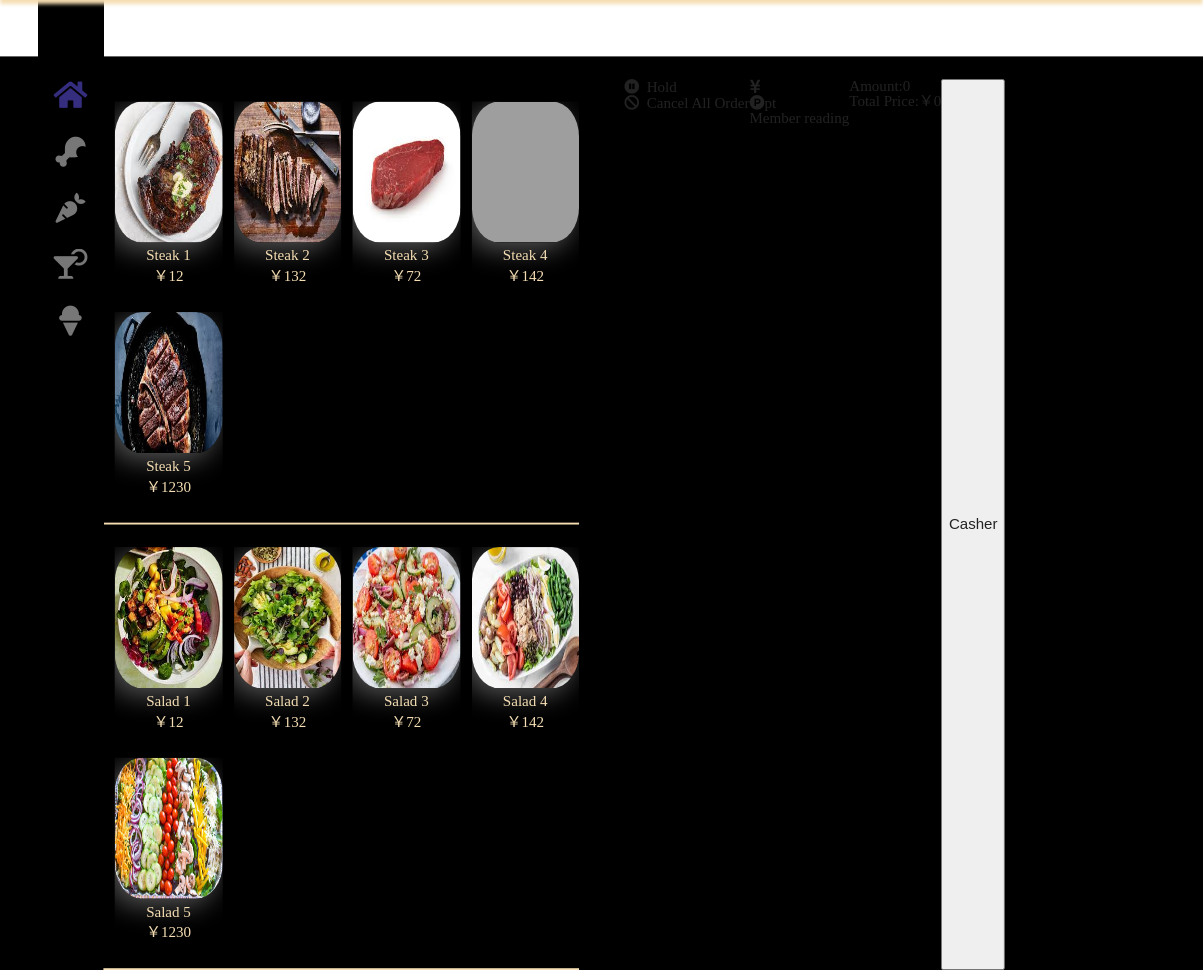
Repository: vuhungson158/Menu
Page: /
An editor plug-in stored every save of this project. The page is shown before and after the next save, followed by the edit.
The browser window is 1280 px wide. The pictures show the whole page, at 94% of full size.
Pictures or frames that could not be fetched are drawn as grey boxes. The project was rebuilt for these pictures with package versions that can differ from the ones it lists, and the page was loaded fresh each time. Also part of the build but not shown: src/component/mainMenu/orderBlock/orderContent/OrderedItem.jsx, src/redux-store/actions/HoldActions.jsx, src/component/mainMenu/orderBlock/utilities/HoldItem.jsx.

Above is the page before, as saved 2021-08-22 09:52:55.

### public/index.html
<!DOCTYPE html>
<html lang="en">
  <head>
    <meta charset="utf-8" />
    <link rel="icon" href="%PUBLIC_URL%/favicon.ico" />
    <meta name="viewport" content="width=device-width, initial-scale=1" />
    <meta name="theme-color" content="#000000" />
    <meta
      name="description"
      content="Web site created using create-react-app"
    />
    <link rel="apple-touch-icon" href="%PUBLIC_URL%/logo192.png" />
    <!--
      manifest.json provides metadata used when your web app is installed on a
      user's mobile device or desktop. See https://developers.google.com/web/fundamentals/web-app-manifest/
    -->
    <link rel="manifest" href="%PUBLIC_URL%/manifest.json" />
    <link rel="stylesheet" href="fontawesome-5.15.3-web/css/all.min.css">

    <!--
      Notice the use of %PUBLIC_URL% in the tags above.
      It will be replaced with the URL of the `public` folder during the build.
      Only files inside the `public` folder can be referenced from the HTML.

      Unlike "/favicon.ico" or "favicon.ico", "%PUBLIC_URL%/favicon.ico" will
      work correctly both with client-side routing and a non-root public URL.
      Learn how to configure a non-root public URL by running `npm run build`.
    -->
    <title>Restaurant Menu</title>
  </head>
  <body>
    <noscript>You need to enable JavaScript to run this app.</noscript>
    <div id="root"></div>
    <!--
      This HTML file is a template.
      If you open it directly in the browser, you will see an empty page.

      You can add webfonts, meta tags, or analytics to this file.
      The build step will place the bundled scripts into the <body> tag.

      To begin the development, run `npm start` or `yarn start`.
      To create a production bundle, use `npm run build` or `yarn build`.
    -->
  </body>
</html>

### src/redux-store/index.jsx
import { createStore, applyMiddleware } from "redux";
import { composeWithDevTools } from "redux-devtools-extension";
import thunk from "redux-thunk";
import rootReducer from "./reducers";

const initialState = {};

const middleware = [thunk];

const store = createStore(
    rootReducer,
    initialState,
    composeWithDevTools(applyMiddleware(...middleware))
);

export default store;

### src/component/mainMenu/index.jsx
import React from 'react';
import CenterMenu from './centerMenu';
import OrderBlock from './orderBlock';

const MainMenu = () => {
    return (
        <div id="main-menu">
            <div className="container">
                <div className="grid">
                    <CenterMenu />
                    <OrderBlock />
                </div>
            </div>
        </div >
    )
}

export default MainMenu

### src/component/navbar/index.jsx
import React, { useState } from 'react';
import Clock from './Clock';

const Navbar = () => {

    const nav_height = "-60px"
    const [active, setActive] = useState(false);

    var prevScrollpos = window.pageYOffset;
    window.onscroll = function () {
        var currentScrollPos = window.pageYOffset;
        if (prevScrollpos > currentScrollPos) {
            document.getElementById("navbar").style.top = "0";
        } else {
            document.getElementById("navbar").style.top = nav_height;
        }
        prevScrollpos = currentScrollPos;
    }

    return (
        <nav id="navbar">
            <div className="container">
                <h1>Menu</h1>
                <Clock />
                <div className={`setting-icon ${active ? `active` : ""}`}
                    onClick={() => setActive(!active)} >
                    <span></span>
                    <span></span>
                    <span></span>
                    {
                        active ?
                            <ul className="setting-menu">
                                <li>Language</li>
                                <li>Dark Mode</li>
                                <li>Size</li>
                                <li>...something</li>
                            </ul>
                            : ""
                    }
                </div>

            </div>
        </nav>
    )
}

export default Navbar

### src/styles/App.scss
@import "./_variables";
@import "./mixin";

* {
    box-sizing: border-box;
    font-family: "Fira sans", sans-serif;
}
body {
    font-size: 10px;
}

@media (max-width: $breakpoint_mobile) {
    :root {
        --container_width: 100%;
    }
}
@media (min-width: $breakpoint_mobile) {
    :root {
        --container_width: 720px;
    }
}
@media (min-width: $breakpoint_ipad) {
    :root {
        --container_width: 960px;
    }
}
@media (min-width: $breakpoint_sm_pc) {
    :root {
        --container_width: 1200px;
    }
}
@media (min-width: $breakpoint_pc) {
    :root {
        --container_width: 1800px;
    }
}

.container {
    margin: 0 auto;
    max-width: var(--container_width);
}

#navbar {
    position: fixed;
    height: $navbar_height;
    top: 0;
    left: 0;
    right: 0;
    z-index: $navbar_z-index;
    background-color: $background-color_1st;
    color: $color_1st;
    box-shadow: 0 4px 4px 0 $color_1st;
    transition: 0.5s;

    .container {
        position: relative;
        display: flex;
        align-items: center;
        justify-content: space-between;

        h1 {
            color: $color_1st;
            font-size: 3.6rem;
            font-weight: 900;
            letter-spacing: 2px;
            text-transform: uppercase;
        }

        #clock {
            font-size: 2.4rem;
            font-weight: 600;
        }

        .setting-icon {
            display: block;
            position: relative;
            z-index: 1;
            user-select: none;
            appearance: none;
            border: none;
            outline: none;
            background: none;
            cursor: pointer;

            span {
                display: block;
                position: relative;
                width: 36px;
                height: 4px;
                margin-bottom: 6px;
                background-color: $background-color_2nd;
                border-radius: 10%;
                z-index: 1;
                transform-origin: 0 0;
                transition: 0.5s;
            }

            &:hover span:nth-child(2) {
                background-color: $color_3rd;
            }

            &.active {
                span:nth-child(1) {
                    transform: translate(0px, -2px) rotate(45deg);
                }
                span:nth-child(2) {
                    opacity: 0;
                    transform: translateX(36px);
                }
                span:nth-child(3) {
                    transform: translate(-3px, 3px) rotate(-45deg);
                }
            }
            .setting-menu {
                position: absolute;
                right: 0;
                border: 2px solid $color_2nd;
                border-radius: 5%;
                overflow: hidden;
                padding: 12px;
                background-color: $background-color_1st;
                cursor: auto;
                animation: dropDown 0.2s;

                li {
                    min-width: 120px;
                    cursor: pointer;
                    text-align: center;
                    padding: 12px 8px;
                    font-size: 1.6rem;
                    transition: 0.2s;
                    &:hover {
                        transform: scale(1.2);
                        color: $color_3rd;
                    }
                }
            }
        }
    }
}

#main-menu {
    background-color: $background-color_1st;
    margin-top: $navbar_height;
    min-height: 100vh;
    .container {
        padding-top: 24px;
        .grid {
            --margin_left: 48px;
            display: flex;
            margin-left: calc(-1 * var(--margin_left));
            #center-menu,
            #order-block {
                margin-left: var(--margin_left);
                width: calc(50% - var(--margin_left));
            }
            #center-menu {
                --side-nav_width: 70px;
                #side-nav {
                    position: fixed;
                    top: 0;
                    bottom: 0;
                    width: var(--side-nav_width);
                    background: $background-color_1st;
                    overflow: hidden;
                    transition: width 0.2s;
                    z-index: 1;
                    &:hover {
                        width: 300px;
                    }
                    ul {
                        position: absolute;
                        top: 0;
                        left: 0;
                        width: 100%;
                        padding-left: 5px;
                        top: 10%;
                        li {
                            opacity: 0.5;
                            a {
                                position: relative;
                                display: block;
                                width: 100%;
                                display: flex;
                                text-decoration: none;
                                color: $color_2nd;
                                font-size: 2rem;
                                .icon {
                                    position: relative;
                                    display: block;
                                    min-width: 60px;
                                    height: 60px;
                                    line-height: 60px;
                                    text-align: center;
                                    i {
                                        position: relative;
                                        font-size: 2rem;
                                        z-index: 1;
                                    }
                                }
                                .title {
                                    position: relative;
                                    display: block;
                                    padding-left: 10px;
                                    height: 60px;
                                    line-height: 60px;
                                    white-space: nowrap;
                                }
                            }
                            &.active,
                            &:hover {
                                .icon,
                                .title {
                                    transition: 0.2s;
                                    color: $color_3rd;
                                }
                            }
                        }
                    }
                }
                #menu {
                    margin-left: calc(var(--side-nav_width) + 12px);
                    .page {
                        --spacing: 12px;
                        --columns: 4;
                        display: flex;
                        flex-wrap: wrap;
                        margin-left: calc(-1 * var(--spacing));
                        margin-top: calc(2 * var(--spacing));
                        border-bottom: 2px solid $background-color_2nd;
                        .food-item {
                            overflow: hidden;
                            margin-left: var(--spacing);
                            width: calc(100% / var(--columns) - var(--spacing));
                            display: flex;
                            flex-direction: column;
                            height: 200px;
                            cursor: pointer;
                            margin-bottom: calc(2 * var(--spacing));
                            transition: 0.2s;
                            &:hover .food-img {
                                box-shadow: 7px -7px 28px 0 $background-color_3rd;
                            }
                            .food-img {
                                height: 150px;
                                border-radius: 25%;
                                box-shadow: -7px 7px 28px 0 $box-shadow-color;
                            }
                            .food-name,
                            .food-price {
                                color: $color_1st;
                                text-align: center;
                                margin-top: calc(0.5 * var(--spacing));
                            }
                        }
                    }
                }
            }
            #order-block {
                display: flex;

            }
        }
    }
}

### src/redux-store/reducers/index.jsx
import { combineReducers } from "redux";
import HoldReducer from "./HoldReducer";
import MenuReducer from "./MenuReducer";
import OrderReducer from "./OrderReducer";

const rootReducer = combineReducers({
    menu: MenuReducer,
    order: OrderReducer,
    hold:HoldReducer
});

export default rootReducer;

### src/component/mainMenu/centerMenu/index.jsx
import React from 'react';
import MenuPage from './MenuPage';
import PropTypes from 'prop-types';
import { connect } from 'react-redux';
import SideBar from './sidebar';

const CenterMenu = ({ foods }) => {
    return (
        <div id="center-menu">
            <SideBar />
            <div id="menu">
                {
                    Object.entries(foods).map(page => (
                        <MenuPage key={page[0]} page={page[1]} />
                    ))
                }
            </div>
        </div >
    )
};

CenterMenu.prototype = {
    foods: PropTypes.array.isRequired,
};

const mapStateToProps = state => ({
    foods: state.menu.foods
});

export default connect(mapStateToProps)(CenterMenu)

### src/component/mainMenu/orderBlock/index.jsx
import React from 'react'
import MemberInfo from './MemberInfo'
import OrderedContent from './orderContent'
import Utilities from './utilities'


const OrderBlock = () => {

    return (
        <div id="order-block" className="d-flex flex-column">
            <Utilities />
            <MemberInfo />
            <OrderedContent />
            <button id="casher-btn" className="btn btn-primary">Casher</button>
        </div>
    )
}

export default OrderBlock

### src/component/navbar/Clock.jsx
import React, { useEffect, useState } from 'react'
import { showTime } from '../../pure-JS/MyTime';

const Clock = () => {

    const [clock, setClock] = useState("")

    useEffect(() => {
        const intervalClock = setInterval(() => setClock(showTime()), 1000);
        return () => clearInterval(intervalClock);
    }, []);

    return (
        <div id="clock">{clock ? clock : showTime()}</div>
    )
}

export default Clock

### src/styles/_variables.scss
:root {
    --spacing: 0;
    --container_width: 0;
    --columns: 0;
}

// Color
$color_1st: wheat;
$color_2nd: #eee;
$color_3rd: #6a5af9;
$color_4th: #3d6ef7;
$color_light: #ededed;
$color_dark: black;

$box-shadow-color: #555;

// Background Color
$background-color_1st: black;
$background-color_2nd: wheat;
$background-color_3rd: #6a5af9;
$background-color_4th: #3D6EF7;;

// z-index
$navbar_z-index: 99;

// Height
$navbar_height: 60px;

// Width
$breakpoint_mobile: 768px;
$breakpoint_ipad: 1024px;
$breakpoint_sm_pc: 1224px;
$breakpoint_pc: 1824px;

### src/styles/_mixin.scss
@keyframes dropDown {
    0% {
        transform: translateY(-100px);
    }
    100% {
        transform: skewY(0);
    }
}

### src/redux-store/reducers/HoldReducer.jsx
import { MAKE_HOLD } from "../actions/TYPE";

var initialState = {
    holder: [{}, {}, {}, {}, {}, {}, {}, {}, {}, {}]
}

const HoldReducer = (state = initialState, action) => {
    const { type, payload } = action;

    switch (type) {
        case MAKE_HOLD:
            if (payload.totalAmount === 0) {
                state.holder[payload.index] = {};
                return state;
            } else {
                state.holder[payload.index] = payload;
                return state;
            }
        default:
            return state;
    }
};

export default HoldReducer;

### src/redux-store/reducers/MenuReducer.jsx
import { SWITCH_BRANCH } from "../actions/TYPE";
import { MenuInitialState } from "./MenuInitialState";

const MenuReducer = (state = MenuInitialState, action) => {
    const { type, payload } = action;

    switch (type) {
        case SWITCH_BRANCH:
            return {
                ...state,
                branchs: state.branchs.map((branch) => {
                    if (branch.id === payload) branch.active = true;
                    else if (branch.active) branch.active = false;
                    return branch;
                })
            };
        default:
            return state;
    }
};

export default MenuReducer;

### src/component/mainMenu/centerMenu/MenuPage.jsx
import React from 'react'
import MenuItem from './MenuItem'

const MenuPage = ({ page }) => {
    return (
        <div className="page">
            {
                page.map((food) => (
                    <MenuItem key={food.id} food={food} />
                ))
            }
        </div>
    )
}

export default MenuPage

### src/component/mainMenu/centerMenu/sidebar/index.jsx
import React from 'react'
import PropTypes from 'prop-types';
import { connect } from 'react-redux';
import { switchBranch } from '../../../../redux-store/actions/MenuActions';

const SideBar = ({branchs, switchBranch}) => {
    return (
        <div id="side-nav" className="side-nav">
            <ul>
                {
                    branchs.map((branch) => (
                        <li key={branch.id} className={branch.active ? "list active" : "list"} >
                            <a href="/#" onClick={() => switchBranch(branch.id)}>
                                <span className="icon"><i className={branch.icon}></i></span>
                                <span className="title">{branch.name}</span>
                            </a>
                        </li>
                    ))
                }
            </ul>
        </div>
    )
}

SideBar.prototype = {
    branchs: PropTypes.array.isRequired,
    switchBranch: PropTypes.func.isRequired
};

const mapStateToProps = state => ({
    branchs: state.menu.branchs
});

export default connect(mapStateToProps, { switchBranch })(SideBar)

### src/component/mainMenu/orderBlock/MemberInfo.jsx
import React from 'react'

const MemberInfo = () => {
    return (
        <div id="member-info">
            <div>
                <i className="fas fa-yen-sign"></i>
                <span></span>
            </div>
            <div>
                <i className="fab fa-product-hunt"></i>
                <span>pt</span>
            </div>
            <div>
                Member reading
            </div>
        </div>
    )
}

export default MemberInfo

### src/component/mainMenu/orderBlock/orderContent/index.jsx
import React from 'react'
import { connect } from 'react-redux';
import PropTypes from 'prop-types';
import OrderedItem from './OrderedItem'

const OrderedContent = ({ orders }) => {

    const totalAmount = orders.reduce((acc, order) => (acc + order.amount), 0);
    const totalPrice = orders.reduce((acc, order) => (acc + order.price * order.amount), 0);

    return (
        <>
            <div id="list">
                <table>
                    {
                        orders.map((order) => (
                            <OrderedItem key={order.id} order={order} />
                        ))
                    }
                </table>
            </div>
            <div id="total">
                <div>
                    Amount:<span>{totalAmount ? totalAmount : 0}</span>
                </div>
                <div>
                    Total Price:<span>￥{totalPrice ? totalPrice : 0}</span>
                </div>
            </div>
        </>
    )
}
OrderedContent.prototype = {
    orders: PropTypes.array.isRequired,
};

const mapStateToProps = state => ({
    orders: state.order.ordered_item,
    totalAmount: state.order.totalAmount,
    totalPrice: state.order.totalPrice
});

export default connect(mapStateToProps)(OrderedContent)

### src/component/mainMenu/centerMenu/MenuItem.jsx
import React from 'react'
import PropTypes from 'prop-types';
import { connect } from 'react-redux';
import { addToOrder } from '../../../redux-store/actions/OrderActions';

const MenuItem = ({ food, addToOrder }) => {

    return (
        <div className="food-item" key={food.id} onClick={() => { addToOrder(food) }}>
            <img className="food-img" src={food.img} alt="" />
            <div className="food-name">{food.name}</div>
            <div className="food-price">￥{food.price}</div>
        </div>
    )
}

MenuItem.prototype = {
    addToOrder: PropTypes.func.isRequired,
};

const mapStateToProps = state => ({
});

export default connect(mapStateToProps, { addToOrder })(MenuItem)

### src/redux-store/actions/MenuActions.jsx
import { SWITCH_BRANCH } from "./TYPE";


export const switchBranch = newID => dispatch => {
    dispatch({
        type: SWITCH_BRANCH,
        payload: newID
    })
};

### src/redux-store/actions/OrderActions.jsx
import { ADD_ORDER, AMOUNT_DOWN, AMOUNT_UP, CHANGE_AMOUNT, CLEAR_ALL, HOLD_TO_ORDER } from "./TYPE";
import { v4 as uuidV4 } from "uuid";

export const addToOrder = item => dispatch => {
    dispatch({
        type: ADD_ORDER,
        payload: { ...item, id: uuidV4(), amount: 1 }
    })
};

export const holdToOrder = orders => dispatch => {
    dispatch({
        type: HOLD_TO_ORDER,
        payload: orders
    })
};

export const changeAmount = (id, amount) => dispatch => {
    dispatch({
        type: CHANGE_AMOUNT,
        payload: { id, amount: parseInt(amount, 10) }
    })
};

export const amountUp = id => dispatch => {
    dispatch({
        type: AMOUNT_UP,
        payload: id
    })
};

export const amountDown = (id, amount) => dispatch => {
    dispatch({
        type: AMOUNT_DOWN,
        payload: { id, amount }
    })
};

export const clearAll = () => dispatch => {
    dispatch({
        type: CLEAR_ALL,
        payload: null
    })
};

Loaded but not shown: src/serviceWorker.js (common file); src/styles/Reset.css (common file); public/fontawesome-5.15.3-web/css/all.min.css (library); src/redux-store/reducers/MenuInitialState.js (124 lines, source omitted); src/index.js (20 lines, source omitted); src/redux-store/actions/TYPE.js (13 lines, source omitted); src/pure-JS/MyTime.js (13 lines, source omitted); src/App.js (16 lines, source omitted); src/redux-store/reducers/OrderReducer.jsx (71 lines, source omitted); src/component/mainMenu/orderBlock/utilities/index.jsx (54 lines, source omitted)

After the next save:
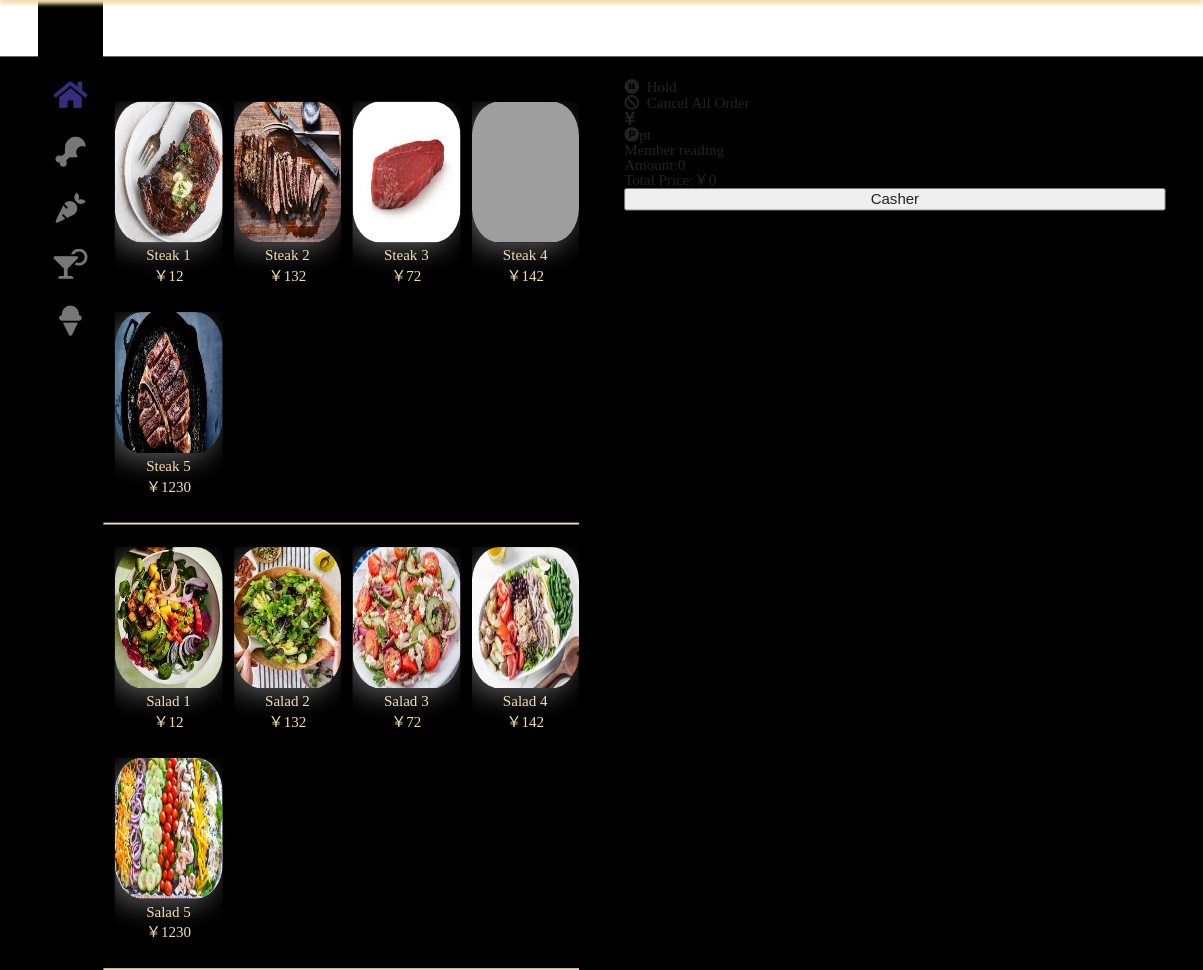
Saved 5 s later.
--- a/src/styles/App.scss
+++ b/src/styles/App.scss
@@ -258,8 +258,8 @@ body {
             }
             #order-block {
                 display: flex;
-
-            }
-        }
-    }
-}
+                flex-direction: column;
+            }
+        }
+    }
+}
